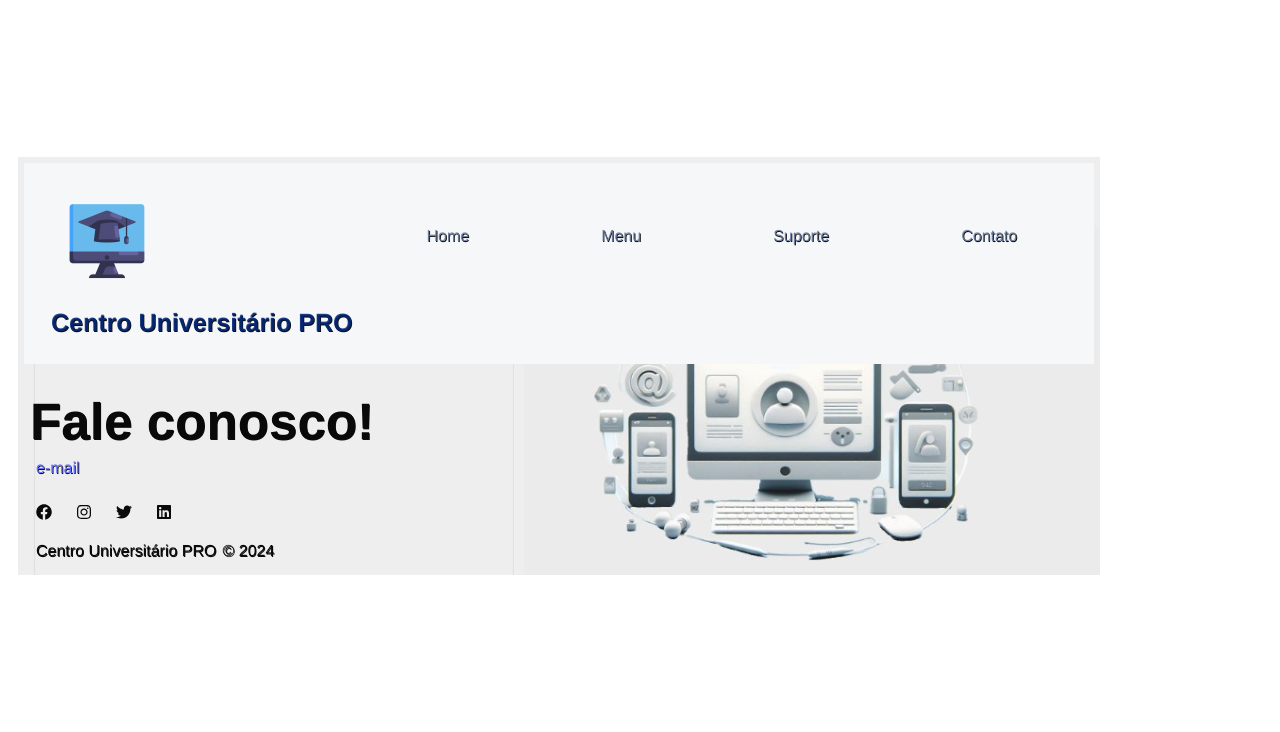
Repository: DanuziaRA/Cadastros-de-Usuarios
Page: /contact
An editor plug-in stored every save of this project. The page is shown before and after a run of saves, followed by the edit.
The browser window is 1280 px wide. The pictures show the whole page.
The project was rebuilt for these pictures with package versions that can differ from the ones it lists, and the page was loaded fresh each time. Also part of the build but not shown: vite.config.js, src/components/Footer.css, src/router/ErrorPage.jsx, src/router/ContactDetails.jsx, src/router/Login.css, src/router/Login.jsx, src/router/Menu.jsx, src/router/Suporte.css and 10 more.

Above is the page before, as saved 2024-10-02 16:48:44.

### src/main.jsx
import { StrictMode } from 'react'
import { createRoot } from 'react-dom/client'
import App from './App.jsx'
import './index.css'

import {createBrowserRouter, RouterProvider,Navigate} from 'react-router-dom';

  import Contact from './router/Contact.jsx';
  import ErrorPage from './router/ErrorPage.jsx';
  import ContactDetails from './router/ContactDetails.jsx';
  import Login from './router/Login.jsx';
  import Menu from './router/Menu.jsx';
  import Suporte from './router/Suporte.jsx';
  import Forget from './router/Forget.jsx';
  import Atualizar from './router/Atualizar.jsx';
  import Excluir from './router/Excluir.jsx';
  import Cadastro from './router/Cadastro.jsx';
  import Cadastropj from './router/Cadastropj.jsx';
  import Cadastroprof from './router/Cadastroprof.jsx';
  import Cadastroforn from './router/Cadastroforn.jsx';
  import Cadastroaluno from './router/Cadastroaluno.jsx';


  const router = createBrowserRouter([
        {
      path: "/",
      element: <App/>,
      errorElement: <ErrorPage />,
      children: [
        {
          path: "/",
          element:<Login />,
        },
        {
          path: "suporte",
          element:<Suporte />,
        },
        {
          path: "menu",
          element:<Menu />,
        },
        {
          path: "contact",
          element:<Contact />,
        },
        //Nested routes - identificando unico
        {
          path: "/contact/id",
          element: <ContactDetails />,
        },
        {
          path: "forget",
          element: <Forget />,
        },
        {
          path: "atualizar",
          element: <Atualizar />,
        },
        {
          path: "excluir",
          element: <Excluir />,
        },
        {
          path: "cadastropf",
          element: <Cadastro />,
        },
        {
          path: "cadastropj",
          element: <Cadastropj />,
        },
        {
          path: "cadastroprof",
          element: <Cadastroprof />,
        },
        {
          path: "cadastroforn",
          element: <Cadastroforn />,
        },
        {
          path: "cadastroaluno",
          element: <Cadastroaluno />,
        },
        //Navigate para página não existentes
        {
          path: "oldcontact",
          element: <Navigate to="/contact" />,
        },
      ],
    },
    ]);


createRoot(document.getElementById('root')).render(
  <StrictMode>
    <RouterProvider router={router} />
    </StrictMode>,
);

### src/App.jsx
import './App.css'

import { Outlet } from 'react-router-dom';
import Navbar from './components/Navbar';
import Footer from './components/Footer'


function App() {
  return (
      <div className='App'>
        <Navbar />
        <h1></h1>
        <Outlet />
        <Footer />
    </div>
  );
}

export default App;

### src/router/Contact.jsx
import { Link } from "react-router-dom";

function Contact() {
    return (
    <div>
        <h1>Fale conosco!</h1><div className=""></div>

        {
            <p>
                <Link to="/contact/id">e-mail</Link>
            </p>
            }
    </div>
    );
};

export default Contact;

### src/App.css
* {
  box-sizing: border-box;
  margin: 6px;
  padding: 0px;
  font-family: Helvetica;
  font-size: 16px;
  text-shadow: #0d0d0d 0.7px 0.7px;
  color:rgb(9, 9, 9)
}
.App{
  display: flex;
  flex-direction: column;
  flex-grow: 1;
  justify-content: center;
  align-items: left;
  background-size: cover;
  background-image: url("src/assets/Fundo minimalista cadastro 4.jpg");
  background-position: center;
  }

### src/components/Navbar.jsx
import { Link } from "react-router-dom"
import logo from './../assets/LOGO novo.png'
import { Component } from "react";
import './Navbar.css';


const Navbar = () => {
    return (
    <nav className="navbar">
        <div className="navbar-logo">
        <Link to="/">
            <img src={logo} alt=""/>
            </Link>
            <h1>Centro Universitário PRO</h1>
            </div>
            <ul className="navbar-links">
            <li><a href="/">Home</a></li>
            <li><a href="/Menu">Menu</a></li>
            <li><a href="/Suporte">Suporte</a></li>
            <li><a href= "/Contact">Contato</a></li>
            </ul>
    </nav>
    )
}

export default Navbar

### src/components/Footer.jsx
import { FaFacebook, FaInstagram,FaTwitter,FaLinkedin } from "react-icons/fa"
import { Link } from "react-router-dom";
import './Footer.css';

function Footer(){
    return (
        <nav>
            <Link to="https://www.facebook.com/?locale=pt_BR">
            < FaFacebook alt=""/>
            </Link>
            <Link to="https://www.instagram.com/">
            < FaInstagram alt=""/>
            </Link>
            <Link to="/">
            < FaTwitter alt=""/>
            </Link>
            <Link to="https://www.linkedin.com.br">
            < FaLinkedin alt=""/>
            </Link>
            <p><span>Centro Universitário PRO</span>&copy; 2024</p>
            </nav>


    );

}
export default Footer

### src/router/Menu.css
nav li{
    width: 30%;
    height: 70%;
    outline: none;
    font-size: 16px;
    color: #070000;
    padding: 10px 20px;
    margin: 30px;
    }
nav li a{
    color: #7a7a7a;
    font-size: 16px;
    text-decoration: none;

}

### src/components/Navbar.css
.navbar{
    display: flex;
    justify-content: space-between;
    padding: 15px;
    align-items: left;
    background-color:rgb(245, 247, 249)

}
.navbar-logo h1{
    color: #06297ae1;
    font-size: 25px;
    align-items: center;


}
.navbar-links {
list-style-type: none;
display: flex;
gap: 20px;
align-items: left;

}
.navbar li{
    display: inline;
    }
.navbar-links li a {
    color: #67789ee1;
    text-decoration: none;
}
.navbar-links li a:hover{
    color:#ddd;
}

Loaded but not shown: index.html (common file); src/index.css (common file)

After the next 4 saves:
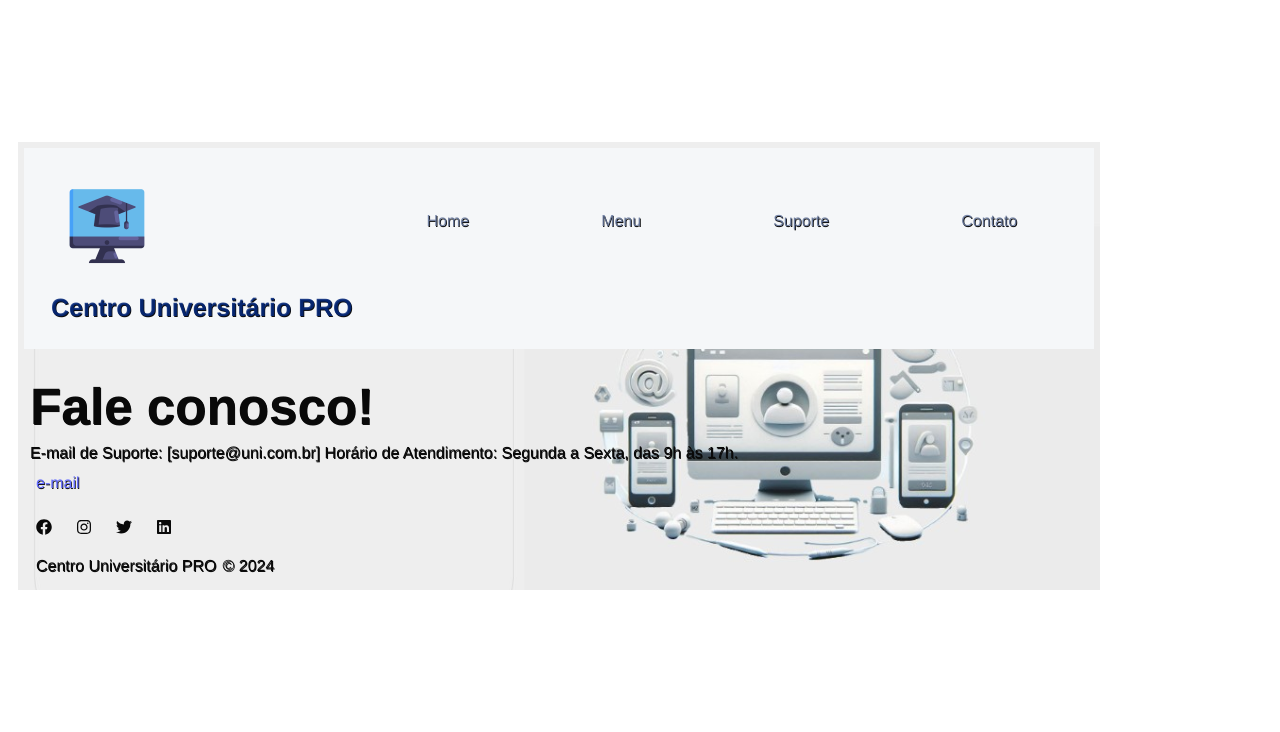
The 4 saves are shown as one change because they came seconds apart.
The last was saved 11 s later.
--- a/src/router/Contact.jsx
+++ b/src/router/Contact.jsx
@@ -3,7 +3,10 @@ import { Link } from "react-router-dom";
 function Contact() {
     return (
     <div>
-        <h1>Fale conosco!</h1><div className=""></div>
+        <h1>Fale conosco!</h1>
+        <p>E-mail de Suporte: [suporte@uni.com.br]
+
+Horário de Atendimento: Segunda a Sexta, das 9h às 17h.</p>
 
         {
             <p>
